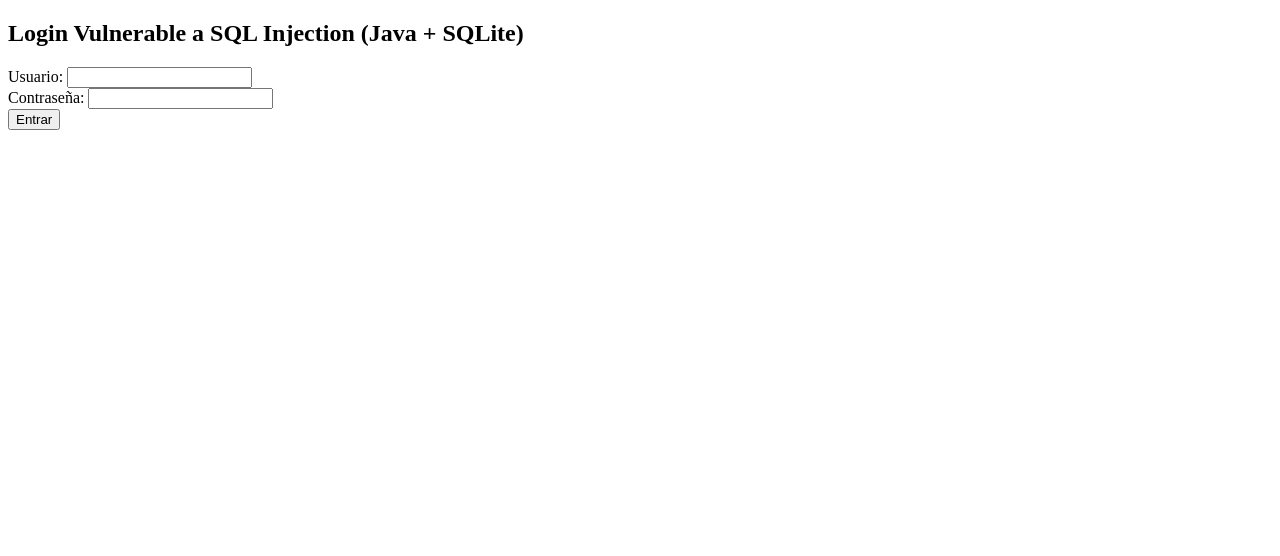
Repository: enriqq/sqlinjection
Page: login.html
An editor plug-in stored every save of this project. The page is shown before and after the next save, followed by the edit.
The browser window is 1280 px wide. The pictures show the whole page.

Above is the page before, as saved 2026-04-05 11:23:26.

After the next save:
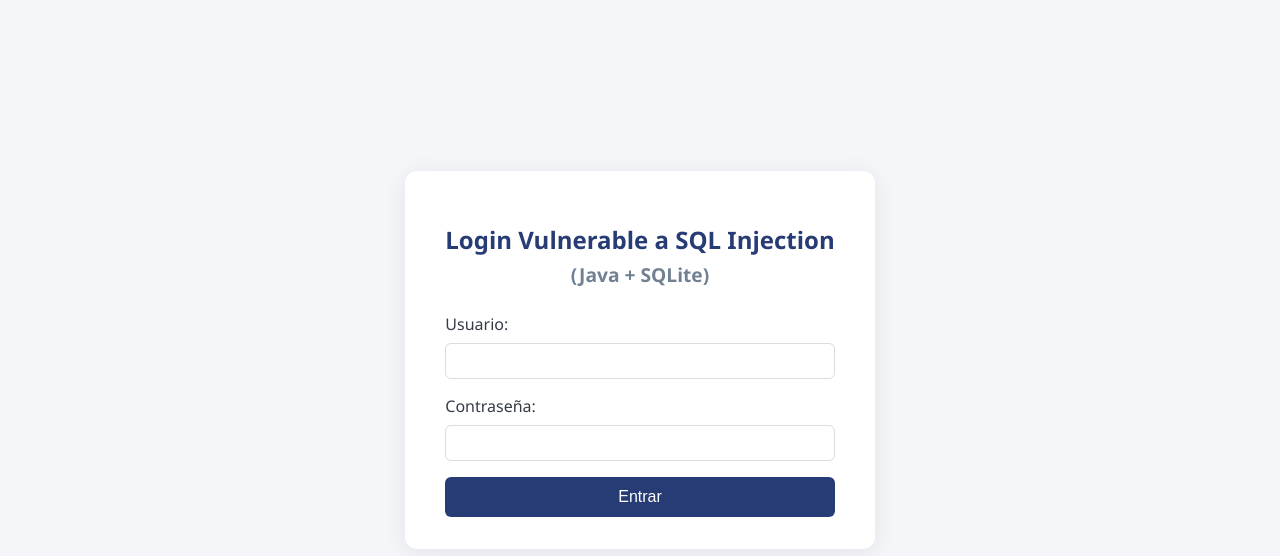
Saved 4 min 16 s later.
--- a/login.html
+++ b/login.html
@@ -3,13 +3,69 @@
 <head>
     <meta charset="UTF-8">
     <title>Login Vulnerable SQL Injection</title>
+    <style>
+        body {
+            background: #f5f6fa;
+            font-family: 'Segoe UI', Arial, sans-serif;
+            display: flex;
+            flex-direction: column;
+            align-items: center;
+            justify-content: center;
+            height: 100vh;
+            margin: 0;
+        }
+        .login-box {
+            background: #fff;
+            padding: 2rem 2.5rem;
+            border-radius: 12px;
+            box-shadow: 0 4px 24px rgba(0,0,0,0.08);
+            min-width: 320px;
+        }
+        h2 {
+            color: #273c75;
+            text-align: center;
+            margin-bottom: 1.5rem;
+        }
+        label {
+            display: block;
+            margin-bottom: 0.5rem;
+            color: #353b48;
+        }
+        input[type="text"], input[type="password"] {
+            width: 100%;
+            padding: 0.5rem;
+            margin-bottom: 1rem;
+            border: 1px solid #dcdde1;
+            border-radius: 6px;
+            font-size: 1rem;
+            box-sizing: border-box;
+        }
+        input[type="submit"] {
+            width: 100%;
+            background: #273c75;
+            color: #fff;
+            border: none;
+            padding: 0.7rem;
+            border-radius: 6px;
+            font-size: 1rem;
+            cursor: pointer;
+            transition: background 0.2s;
+        }
+        input[type="submit"]:hover {
+            background: #40739e;
+        }
+    </style>
 </head>
 <body>
-    <h2>Login Vulnerable a SQL Injection (Java + SQLite)</h2>
-    <form method="post" action="LoginServlet">
-        Usuario: <input type="text" name="username"><br>
-        Contraseña: <input type="password" name="password"><br>
-        <input type="submit" value="Entrar">
-    </form>
+    <div class="login-box">
+        <h2>Login Vulnerable a SQL Injection<br><span style="font-size:0.8em;color:#718093;">(Java + SQLite)</span></h2>
+        <form method="post" action="LoginServlet">
+            <label for="username">Usuario:</label>
+            <input type="text" id="username" name="username" required>
+            <label for="password">Contraseña:</label>
+            <input type="password" id="password" name="password" required>
+            <input type="submit" value="Entrar">
+        </form>
+    </div>
 </body>
 </html>
